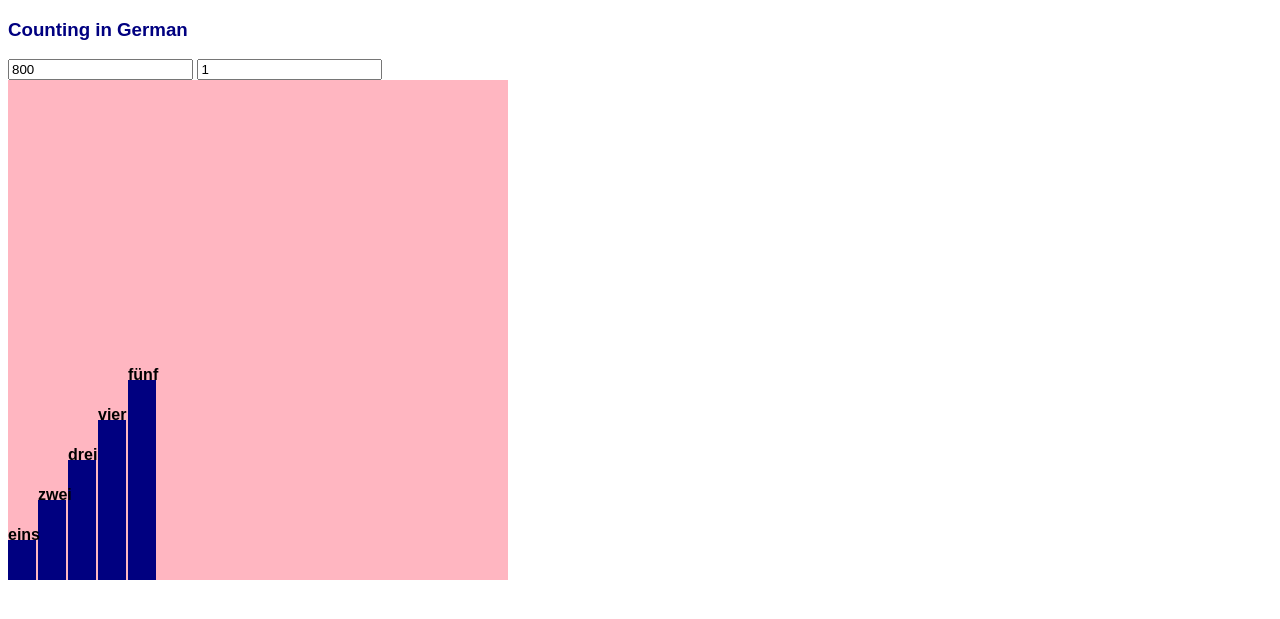
Repository: salonieshah/thesis
Page: bar-chart-vue-d3/index.html
The author's editor kept a record of every edit. The page is drawn from the files as they stood at one moment, then again after the next edit.
The browser window is 1280 px wide. The pictures show the whole page.

Above is the page before.

After the next edit:
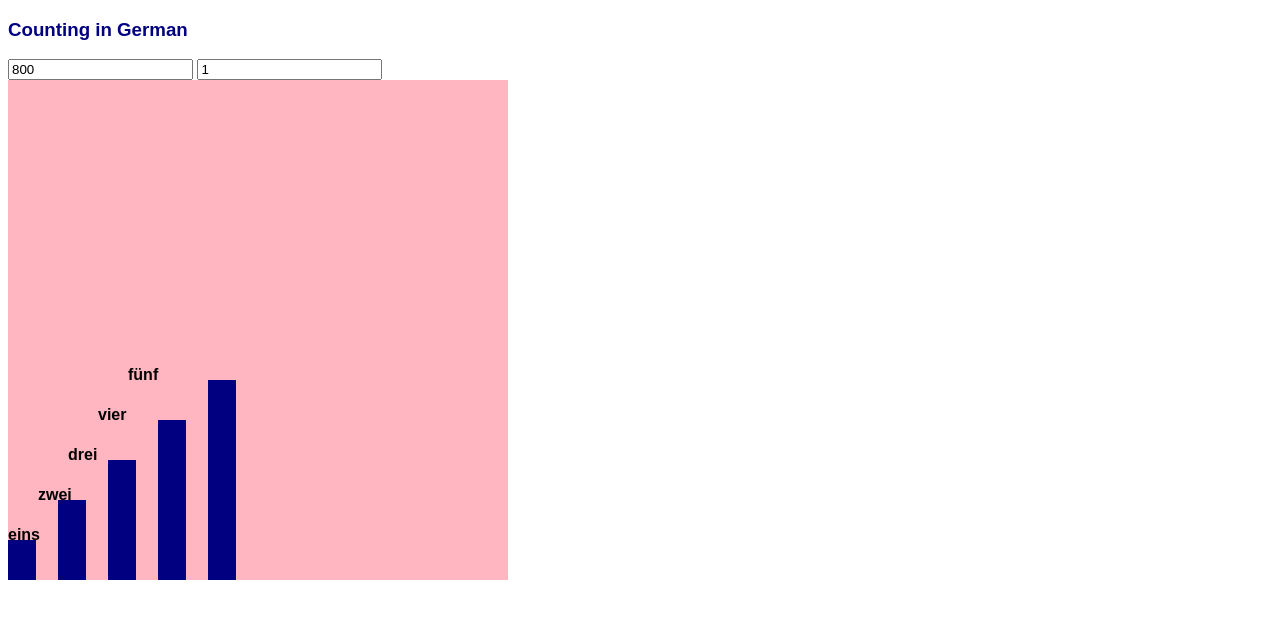
The edit:
--- a/bar-chart-vue-d3/index.html
+++ b/bar-chart-vue-d3/index.html
@@ -29,7 +29,7 @@
        <rect v-for="(element, index) in data"
           :height="element.val*40"
           :width="28"
-          :x="index*30"
+          :x="index*50"
           :y="svgHeight-element.val*40"
           fill="navy"
         />
